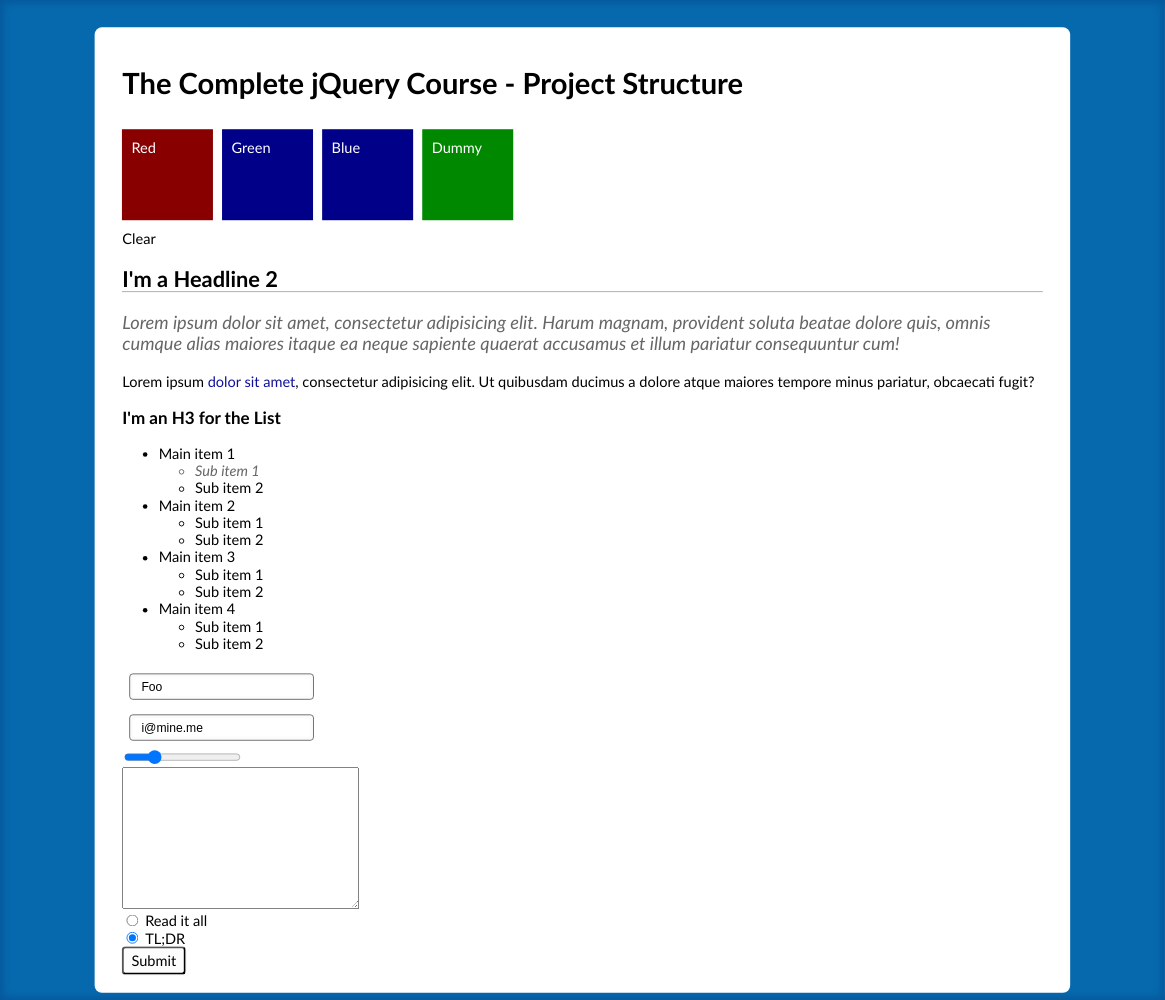
Repository: vpriyankaprabhu/Jquery-examples
Page: 06/event-data/index.html
The author's editor kept a copy of each file at every save. The page is drawn from the files as they stood at one save, then again after the next save.
The browser window is 1280 px wide. The pictures show the whole page, at 91% of full size.

Above is the page before, as saved 2024-12-30 16:39:57.

### 06/event-data/index.html
<!DOCTYPE html>
<html lang="en">
<head>
  <meta charset="UTF-8">
  <script src="https://code.jquery.com/jquery-1.12.3.min.js" integrity="sha256-aaODHAgvwQW1bFOGXMeX+pC4PZIPsvn2h1sArYOhgXQ=" crossorigin="anonymous"></script>
  <script src="js/script.js"></script>
  <link rel="stylesheet" href="css/style.css">
  <title>The Complete jQuery Course - Course Code</title>
</head>
<body>
  <div id="content">
    <h1>The Complete jQuery Course - Project Structure</h1>

    <div class="red-box">Red</div>
    <div class="green-box">Green</div>
    <div class="blue-box">Blue</div>
    <div class="dummy">Dummy</div>
    <div class="clear">Clear</div>

    <h2>I'm a Headline 2</h2>
    <p>Lorem ipsum dolor sit amet, consectetur adipisicing elit. Harum magnam, provident soluta beatae dolore quis, omnis cumque alias maiores itaque ea neque sapiente quaerat accusamus et illum pariatur consequuntur cum!</p>
    <p>Lorem ipsum <a id="link" title="An amazing link" href="/url">dolor sit amet</a>, consectetur adipisicing elit. Ut quibusdam ducimus a dolore atque maiores tempore minus pariatur, obcaecati fugit?</p>

    <h3>I'm an H3 for the List</h3>
    <!-- An unordered list with ID "list" -->
    <ul id="list">
      <li>Main item 1
        <ul>
          <li>Sub item 1</li>
          <li>Sub item 2</li>
        </ul></li>
      <li>Main item 2
        <ul>
          <li>Sub item 1</li>
          <li>Sub item 2</li>
        </ul></li>
      <li>Main item 3
        <ul>
          <li>Sub item 1</li>
          <li>Sub item 2</li>
        </ul></li>
      <li>Main item 4
        <ul>
          <li>Sub item 1</li>
          <li>Sub item 2</li>
        </ul></li>
    </ul>

    <!-- A form element without class or ID  -->
    <form action="">
      <input type="text" value="Foo"><br>
      <input type="email" value="i@mine.me"><br>
      <input type="range" min="1" max="10" value="3"><br>
      <textarea name="message" id="message" cols="30" rows="10"></textarea><br>
      <input type="radio" name="toc" value="read" id="read"> <label for="read">Read it all</label> <br>
      <input type="radio" name="toc" value="tldr" checked> <label for="tldr">TL;DR</label> <br>
      <input type="submit" value="Submit">
    </form>
</body>
</html>

### 06/event-data/js/script.js
$(function () {

  // Additional CSS classes can be added to an element via addClass()

  // For instance, add the class .fancy-link to all anchor tags.
  // Note that you *do not* add a dot in front of the class name here.
  $("a").addClass("fancy-link");

  // You can also add multiple classes at once.
  $("p:first").addClass("large emphasize");

  // To attach a class based on the index of the element in your selected
  // set of elements, you can use a callback function.
  $("li li").addClass(function(index) {
    // This adds classes .item-0, .item-1, ... to the list's sub-items.
    $(this).addClass("item-" + index);
  });

  // You can even use two parameters for the callback function, the index
  // and the current class of the element.
  $("div").addClass(function(index, currentClasses) {
    console.log(currentClasses);  // String containing all classes

    // Add .red-box if the current classes contain "dummy"
    if (currentClasses.indexOf("dummy") !== -1) {
      return "red-box";
    }
  });

  // You can again chain these calls to switch one class for another.
  $(".green-box").removeClass("green-box").addClass("blue-box");

  // To quickly toggle one particular CSS class, use toggleClass().
  $("li li:first").toggleClass("emphasize");


  $(".dummy").removeClass("dummy").addClass("green-box")
  //$(".clear").removeClass("clear").addClass("red-box")
});

### 06/event-data/css/style.css
.lightbox {
  position: absolute;
  top: 0;
  left: 0;
  display: none;
  width: 30%;
  height: 60%;
  padding: 15% 35% 25% 35%;
  color: #000000;
  background-color: rgba(200, 100, 0, 0.9);
  text-align: center;
  text-shadow: #333 0 1px 0; }

.red-box {
  float: left;
  width: 80px;
  height: 80px;
  margin: 10px 10px 10px 0;
  padding: 10px;
  color: #ffffff;
  background-color: #880000; }

.green-box {
  float: left;
  width: 80px;
  height: 80px;
  margin: 10px 10px 10px 0;
  padding: 10px;
  color: #ffffff;
  background-color: #008800; }

.blue-box {
  float: left;
  width: 80px;
  height: 80px;
  margin: 10px 10px 10px 0;
  padding: 10px;
  color: #ffffff;
  background-color: #000088; }

.large {
  font-size: 125%;
}

.emphasize {
  color: #666;
  font-style: italic;
}

fieldset {
  border-radius: 4px;
  -moz-border-radius: 4px;
  -webkit-border-radius: 4px; }

label {
  display: inline-block;
  min-width: 100px; }

input[type="text"], input[type="email"], input[type="password"], input[type="tel"] {
  margin: 8px;
  padding: 6px 12px;
  outline: none;
  border: 1px solid #666;
  border-radius: 4px;
  box-shadow: inset 0 0 3px 3px #fafafa; }

input[type="submit"] {
  font-family: "Trebuchet MS", Verdana, Arial, sans-serif;
  font-size: 16px;
  padding: 4px 8px;
  background-color: #fcfcfc;
  box-shadow: 0 0 1px 0 #aaa;
  -webkit-border-radius: 4px;
  -moz-border-radius: 4px;
  border-radius: 4px; }
  input[type="submit"]:hover {
    background-color: #f4f4f4;
    box-shadow: 0 0 1px 0 #ccc; }

html {
  min-height: 100%;
  background-color: #0769ad;
  box-shadow: 0 0 8px 4px #06599d inset; }

body {
  font-size: 16px;
  font-family: "Trebuchet MS", Verdana, Arial, sans-serif; }

.clear {
  clear: both; }

#content {
  overflow: auto;
  width: 80%;
  background-color: #fff;
  margin: 30px auto 0 auto;
  padding: 20px 30px;
  border-radius: 8px;
  -moz-border-radius: 8px;
  -webkit-border-radius: 8px; }

h1 {
  color: #000; }

h2 {
  border-bottom: 1px solid #aaa; }

#dashboard {
  position: absolute;
  width: 120px;
  height: 60%;
  left: -140px;
  top: 100px;
  padding: 20px;
  border-radius: 0 6px 6px 0;
  box-shadow: 0 0 3px 3px #f0f0f0;
  background-color: #999; }

.fancy-link {
  display: inline-block;
  text-decoration: none;
  color: #111199; }

.fancy-link:after {
  display: block;
  content: '';
  border-bottom: solid 1px #22a;
  transform: scaleX(0.0001);
  transition: transform 250ms ease-in-out; }

.fancy-link:hover:after {
  transform: scaleX(1); }

/*# sourceMappingURL=style.css.map */

After the next save:
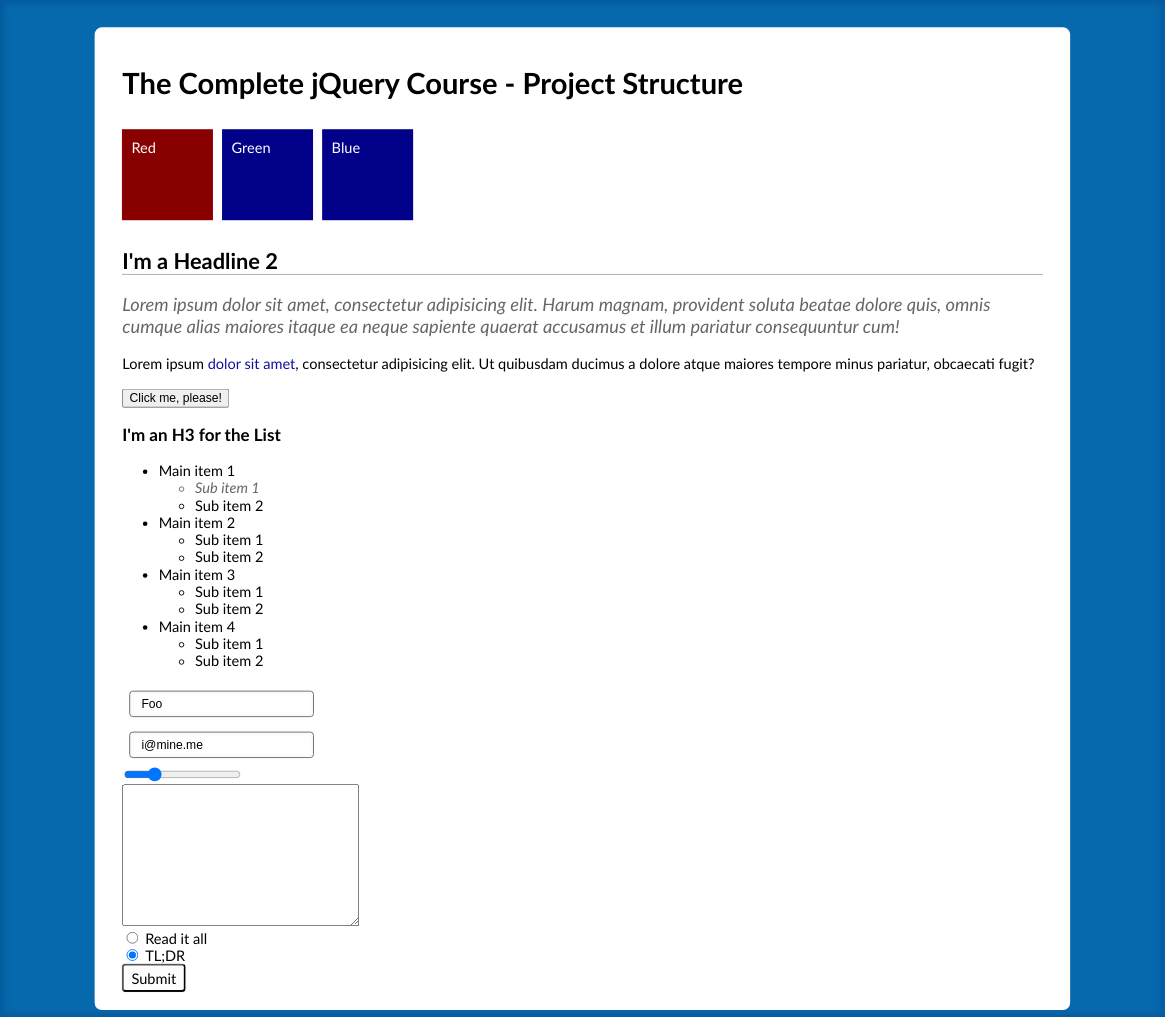
Saved 5 min 51 s later.
--- a/06/event-data/index.html
+++ b/06/event-data/index.html
@@ -14,12 +14,13 @@
     <div class="red-box">Red</div>
     <div class="green-box">Green</div>
     <div class="blue-box">Blue</div>
-    <div class="dummy">Dummy</div>
-    <div class="clear">Clear</div>
+    <div class="clear"></div>
 
     <h2>I'm a Headline 2</h2>
     <p>Lorem ipsum dolor sit amet, consectetur adipisicing elit. Harum magnam, provident soluta beatae dolore quis, omnis cumque alias maiores itaque ea neque sapiente quaerat accusamus et illum pariatur consequuntur cum!</p>
     <p>Lorem ipsum <a id="link" title="An amazing link" href="/url">dolor sit amet</a>, consectetur adipisicing elit. Ut quibusdam ducimus a dolore atque maiores tempore minus pariatur, obcaecati fugit?</p>
+
+    <button id="button">Click me, please!</button>
 
     <h3>I'm an H3 for the List</h3>
     <!-- An unordered list with ID "list" -->
